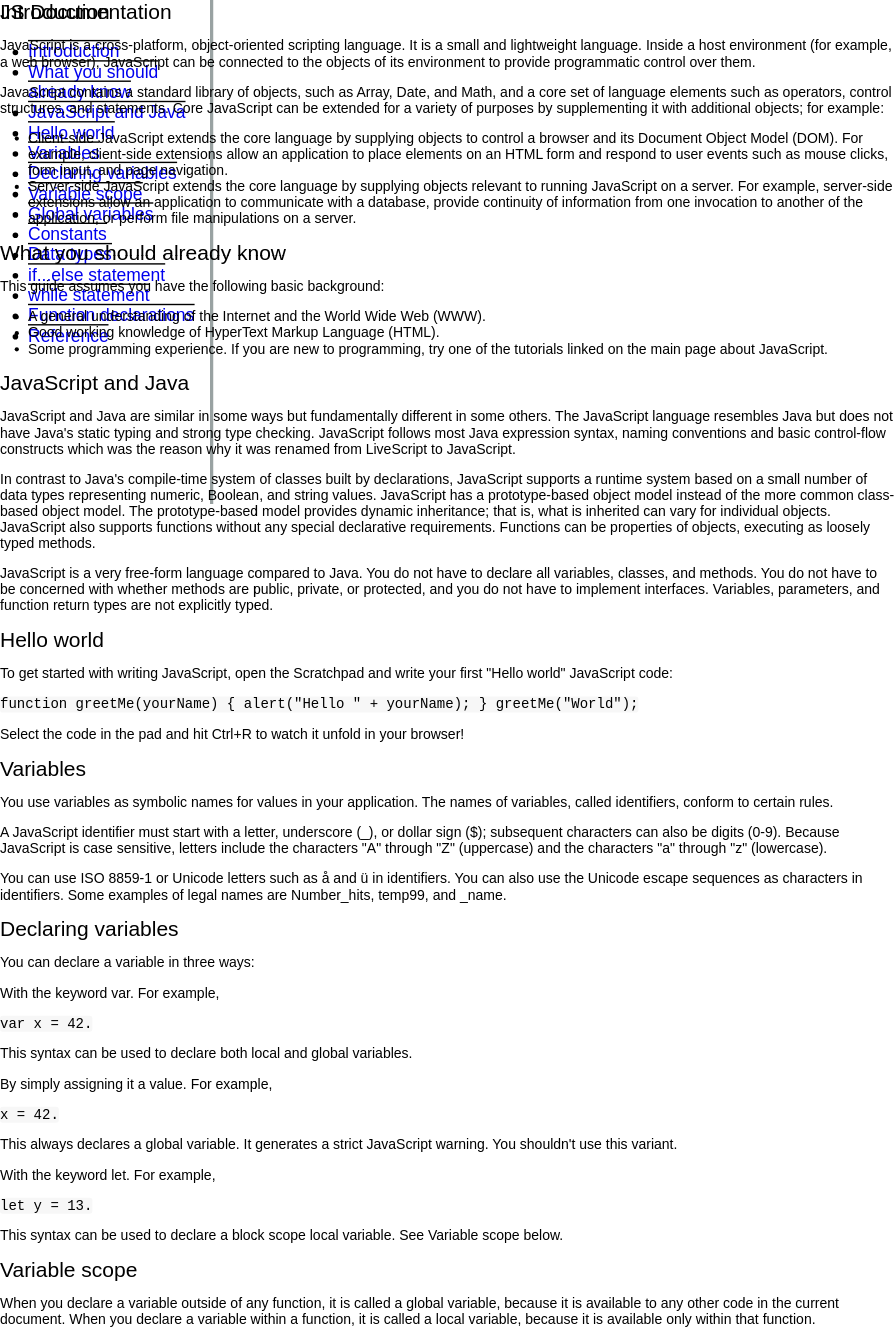
Repository: Lungdjos/technical_document_page_certificate
Page: index.html
An editor plug-in stored every save of this project. The page is shown before and after the next save, followed by the edit.
The browser window is 1280 px wide. The pictures show the part of the page from y = 0 to 1920 px (the page is 5012 px tall), at 70% of full size.

Above is the page before, as saved 2023-11-21 22:29:32.

### index.html
<!DOCTYPE html>
<html lang="en">

<head>
    <meta charset="UTF-8">
    <meta name="viewport" content="width=device-width, initial-scale=1.0">
    <title>Technical Document</title>
    <link rel="stylesheet" href="./styles.css">
</head>

<body>
    <nav id="nav-bar">
        <header>JS Documentation</header>
        <ul>
            <li>
                <a href="#Introduction" class="nav-link">Introduction</a>
            </li>
            <li>
                <a href="#What_you_should_already_know" class="nav-link">What you should already know</a>
            </li>
            <li>
                <a href="#JavaScript_and_Java" class="nav-link">JavaScript and Java</a>
            </li>
            <li>
                <a href="#Hello_world" class="nav-link">Hello world</a>
            </li>
            <li>
                <a href="#Variables" class="nav-link">Variables</a>
            </li>
            <li>
                <a href="#Declaring_variables" class="nav-link">Declaring variables</a>
            </li>
            <li>
                <a href="#Variable_scope" class="nav-link">Variable scope</a>
            </li>
            <li>
                <a href="#Global_variables" class="nav-link">Global variables</a>
            </li>
            <li>
                <a href="#Constants" class="nav-link">Constants</a>
            </li>
            <li>
                <a href="#Data_types" class="nav-link">Data types</a>
            </li>
            <li>
                <a href="#if...else_statement" class="nav-link">if...else statement</a>
            </li>
            <li>
                <a href="#while_statement" class="nav-link">while statement</a>
            </li>
            <li>
                <a href="#Function_declarations" class="nav-link">Function declarations</a>
            </li>
            <li>
                <a href="#Reference" class="nav-link">Reference</a>
            </li>
        </ul>
    </nav>
    <main id="main-doc">
        <section class="main-section" id="Introduction">
            <header id="">Introduction</header>
            <p>JavaScript is a cross-platform, object-oriented scripting language. It is a small and lightweight language. Inside a host environment (for example, a web browser), JavaScript can be connected to the objects of its environment to provide programmatic
                control over them.</p>
            <p>JavaScript contains a standard library of objects, such as Array, Date, and Math, and a core set of language elements such as operators, control structures, and statements. Core JavaScript can be extended for a variety of purposes by supplementing
                it with additional objects; for example:
                <ul>
                    <li>Client-side JavaScript extends the core language by supplying objects to control a browser and its Document Object Model (DOM). For example, client-side extensions allow an application to place elements on an HTML form and respond
                        to user events such as mouse clicks, form input, and page navigation.</li>
                    <li>Server-side JavaScript extends the core language by supplying objects relevant to running JavaScript on a server. For example, server-side extensions allow an application to communicate with a database, provide continuity of information
                        from one invocation to another of the application, or perform file manipulations on a server.</li>
                </ul>
            </p>

        </section>
        <section class="main-section" id="What_you_should_already_know">
            <header id="">What you should already know</header>
            <p>This guide assumes you have the following basic background:
                <ul>
                    <li>A general understanding of the Internet and the World Wide Web (WWW).</li>
                    <li>Good working knowledge of HyperText Markup Language (HTML).</li>
                    <li>Some programming experience. If you are new to programming, try one of the tutorials linked on the main page about JavaScript.</li>
                </ul>
            </p>

        </section>
        <section class="main-section" id="JavaScript_and_Java">
            <header id="">JavaScript and Java</header>
            <p>JavaScript and Java are similar in some ways but fundamentally different in some others. The JavaScript language resembles Java but does not have Java's static typing and strong type checking. JavaScript follows most Java expression syntax,
                naming conventions and basic control-flow constructs which was the reason why it was renamed from LiveScript to JavaScript.</p>
            <p>In contrast to Java's compile-time system of classes built by declarations, JavaScript supports a runtime system based on a small number of data types representing numeric, Boolean, and string values. JavaScript has a prototype-based object
                model instead of the more common class-based object model. The prototype-based model provides dynamic inheritance; that is, what is inherited can vary for individual objects. JavaScript also supports functions without any special declarative
                requirements. Functions can be properties of objects, executing as loosely typed methods.</p>
            <p>JavaScript is a very free-form language compared to Java. You do not have to declare all variables, classes, and methods. You do not have to be concerned with whether methods are public, private, or protected, and you do not have to implement
                interfaces. Variables, parameters, and function return types are not explicitly typed.</p>
        </section>
        <section class="main-section" id="Hello_world">
            <header id="">Hello world</header>
            <p>
                To get started with writing JavaScript, open the Scratchpad and write your first "Hello world" JavaScript code:</p>
            <code>function greetMe(yourName) { alert("Hello " + yourName); }
                greetMe("World");</code>
            <p>Select the code in the pad and hit Ctrl+R to watch it unfold in your browser!</p>
        </section>
        <section class="main-section" id="Variables">
            <header id="">Variables</header>
            <p>You use variables as symbolic names for values in your application. The names of variables, called identifiers, conform to certain rules.</p>
            <p>A JavaScript identifier must start with a letter, underscore (_), or dollar sign ($); subsequent characters can also be digits (0-9). Because JavaScript is case sensitive, letters include the characters "A" through "Z" (uppercase) and the
                characters "a" through "z" (lowercase).</p>
            <p>You can use ISO 8859-1 or Unicode letters such as å and ü in identifiers. You can also use the Unicode escape sequences as characters in identifiers. Some examples of legal names are Number_hits, temp99, and _name.</p>
        </section>
        <section class="main-section" id="Declaring_variables">
            <header id="">Declaring variables</header>
            <p>You can declare a variable in three ways:</p>
            <p>With the keyword var. For example,</p>
            <code>var x = 42.</code>
            <p>This syntax can be used to declare both local and global variables.</p>
            <p>By simply assigning it a value. For example,</p>
            <code>x = 42.</code><br>
            <p>This always declares a global variable. It generates a strict JavaScript warning. You shouldn't use this variant.</p>
            <p>With the keyword let. For example,</p>
            <code>let y = 13.</code>
            <p>This syntax can be used to declare a block scope local variable. See Variable scope below.</p>
        </section>
        <section class="main-section" id="Variable_scope">
            <header id="">Variable scope</header>
            <p>When you declare a variable outside of any function, it is called a global variable, because it is available to any other code in the current document. When you declare a variable within a function, it is called a local variable, because it
                is available only within that function.</p>
            <p>JavaScript before ECMAScript 2015 does not have block statement scope; rather, a variable declared within a block is local to the function (or global scope) that the block resides within. For example the following code will log 5, because
                the scope of x is the function (or global context) within which x is declared, not the block, which in this case is an if statement.</p>
            <code>if (true) { var x = 5; } console.log(x); // 5</code>
            <p>This behavior changes, when using the let declaration introduced in ECMAScript 2015.</p>
            <code>if (true) { let y = 5; } console.log(y); // ReferenceError: y is
                not defined</code>
        </section>
        <section class="main-section" id="Global_variables">
            <header id="">Global variables</header>
            <p>Global variables are in fact properties of the global object. In web pages the global object is window, so you can set and access global variables using the window.variable syntax.</p>
            <p>Consequently, you can access global variables declared in one window or frame from another window or frame by specifying the window or frame name. For example, if a variable called phoneNumber is declared in a document, you can refer to this
                variable from an iframe as parent.phoneNumber.</p>
        </section>
        <section class="main-section" id="Constants">
            <header id="">Constants</header>
            <p>You can create a read-only, named constant with the const keyword. The syntax of a constant identifier is the same as for a variable identifier: it must start with a letter, underscore or dollar sign and can contain alphabetic, numeric, or
                underscore characters.</p>
            <code>const PI = 3.14;</code>
            <p>A constant cannot change value through assignment or be re-declared while the script is running. It has to be initialized to a value.</p>
            <p>The scope rules for constants are the same as those for let block scope variables. If the const keyword is omitted, the identifier is assumed to represent a variable.</p>
            <p>You cannot declare a constant with the same name as a function or variable in the same scope. For example:</p>
            <code>// THIS WILL CAUSE AN ERROR function f() {}; const f = 5; // THIS
                WILL CAUSE AN ERROR ALSO function f() { const g = 5; var g;
                //statements }</code>
            <p>However, object attributes are not protected, so the following statement is executed without problems.</p>
            <code>const MY_OBJECT = {"key": "value"}; MY_OBJECT.key =
                "otherValue";</code>
        </section>
        <section class="main-section" id="Data_types">
            <header id="">Data types</header>
            <p>The latest ECMAScript standard defines seven data types:
                <ul>
                    <li>Six data types that are primitives:
                        <ul>
                            <li>Boolean. true and false.</li>
                            <li>null. A special keyword denoting a null value. Because JavaScript is case-sensitive, null is not the same as Null, NULL, or any other variant.</li>
                            <li>undefined. A top-level property whose value is undefined.</li>
                            <li>Number. 42 or 3.14159.</li>
                            <li>String. "Howdy"</li>
                            <li>Symbol (new in ECMAScript 2015). A data type whose instances are unique and immutable.</li>
                        </ul>
                    </li>
                    <li>and Object</li>
                </ul>
            </p>
            <p>Although these data types are a relatively small amount, they enable you to perform useful functions with your applications. Objects and functions are the other fundamental elements in the language. You can think of objects as named containers
                for values, and functions as procedures that your application can perform.</p>
        </section>
        <section class="main-section" id="if...else_statement">
            <header id="">if...else statement</header>
            <p>Use the if statement to execute a statement if a logical condition is true. Use the optional else clause to execute a statement if the condition is false. An if statement looks as follows:</p>
            <code>if (condition) { statement_1; } else { statement_2; }</code>
            <p>condition can be any expression that evaluates to true or false. See Boolean for an explanation of what evaluates to true and false. If condition evaluates to true, statement_1 is executed; otherwise, statement_2 is executed. statement_1 and
                statement_2 can be any statement, including further nested if statements.</p>
            <p>You may also compound the statements using else if to have multiple conditions tested in sequence, as follows:</p>
            <code>if (condition_1) { statement_1; } else if (condition_2) {
                statement_2; } else if (condition_n) { statement_n; } else {
                statement_last; }</code>
            <p>In the case of multiple conditions only the first logical condition which evaluates to true will be executed. To execute multiple statements, group them within a block statement ({ ... }) . In general, it's good practice to always use block
                statements, especially when nesting if statements:</p>
            <code>if (condition) { statement_1_runs_if_condition_is_true;
                statement_2_runs_if_condition_is_true; } else {
                statement_3_runs_if_condition_is_false;
                statement_4_runs_if_condition_is_false; }</code>
            <p>It is advisable to not use simple assignments in a conditional expression, because the assignment can be confused with equality when glancing over the code. For example, do not use the following code:</p>
            <code>if (x = y) { /* statements here */ }</code>
            <p>If you need to use an assignment in a conditional expression, a common practice is to put additional parentheses around the assignment. For example:</p>
            <code>if ((x = y)) { /* statements here */ }</code>
        </section>
        <section class="main-section" id="while_statement">
            <header id="">while statement</header>
            <p>A while statement executes its statements as long as a specified condition evaluates to true. A while statement looks as follows:</p>
            <code>while (condition) statement</code>
            <p>If the condition becomes false, statement within the loop stops executing and control passes to the statement following the loop.</p>
            <p>The condition test occurs before statement in the loop is executed. If the condition returns true, statement is executed and the condition is tested again. If the condition returns false, execution stops and control is passed to the statement
                following while.</p>
            <p>To execute multiple statements, use a block statement ({ ... }) to group those statements.</p>
            <p>Example: <br> The following while loop iterates as long as n is less than three:</p>
            <code>var n = 0; var x = 0; while (n < 3) { n++; x += n; }</code>
            <p>With each iteration, the loop increments n and adds that value to x. Therefore, x and n take on the following values:
                <ul>
                    <li>After the first pass: n = 1 and x = 1</li>
                    <li>After the second pass: n = 2 and x = 3</li>
                    <li>After the third pass: n = 3 and x = 6</li>
                </ul>
            </p>
            <p>After completing the third pass, the condition n
                < 3 is no longer true, so the loop terminates.</p>
        </section>
        <section class="main-section" id="Function_declarations">
            <header id="">Function declarations</header>
            <p>A function definition (also called a function declaration, or function statement) consists of the function keyword, followed by:
                <ul>
                    <li>The name of the function.</li>
                    <li>A list of arguments to the function, enclosed in the parentheses and separated by commas.</li>
                    <li>The JavaScript statement that defines the function, enclosed in curly brackets, {}.</li>
                </ul>
            </p>
            <p>For example, the following code defines a simple function named square:</p>
            <code>function square(number) { return number * number; }</code>
            <p>The function square takes one argument, called number. The function consists of one statement that says to return the argument of the function (that is, number) multiplied by itself. The return statement specifies the value returned by the
                function.
            </p>
            <code>return number * number;</code>
            <p>Primitive parameters (such as a number) are passed to functions by value; the value is passed to the function, but if the function changes the value of the parameter, this change is not reflected globally or in the calling function.</p>
        </section>
        <section class="main-section" id="Reference">
            <header id="">Reference</header>
            <ul>
                <li>All the documentation in this page is taken from
                    <a href="https://developer.mozilla.org/en-US/docs/Web/JavaScript/Guide" target="_blank">MDN</a>
                </li>
            </ul>
        </section>
    </main>
</body>

</html>

### styles.css
/* A technical document page stylings */

html {
    box-sizing: border-box;
}

header {
    font-size: 30px;
    font-weight: 500;
}

body {
    font-family: Arial, Helvetica, sans-serif;
    font-size: 20px;
    margin: 0;
}


/* nav bar styling */

#nav-bar {
    position: fixed;
    border-right: 5px solid #99a2a2;
    height: 100%;
    width: 300px;
}

#nav-bar ul {
    font-size: 25px;
    font-weight: 400;
}

ul .nav-link {
    border-top: 2px solid #000;
    width: 100%;
    text-decoration: none;
    line-height: 15px;
}


/* body styling */

code {
    background-color: #f7f7f7;
    border-radius: 4px;
    width: 500px;
    height: 30px;
    padding: auto;
}

main {
    position: absolute;
    margin: 0;
}

After the next save:
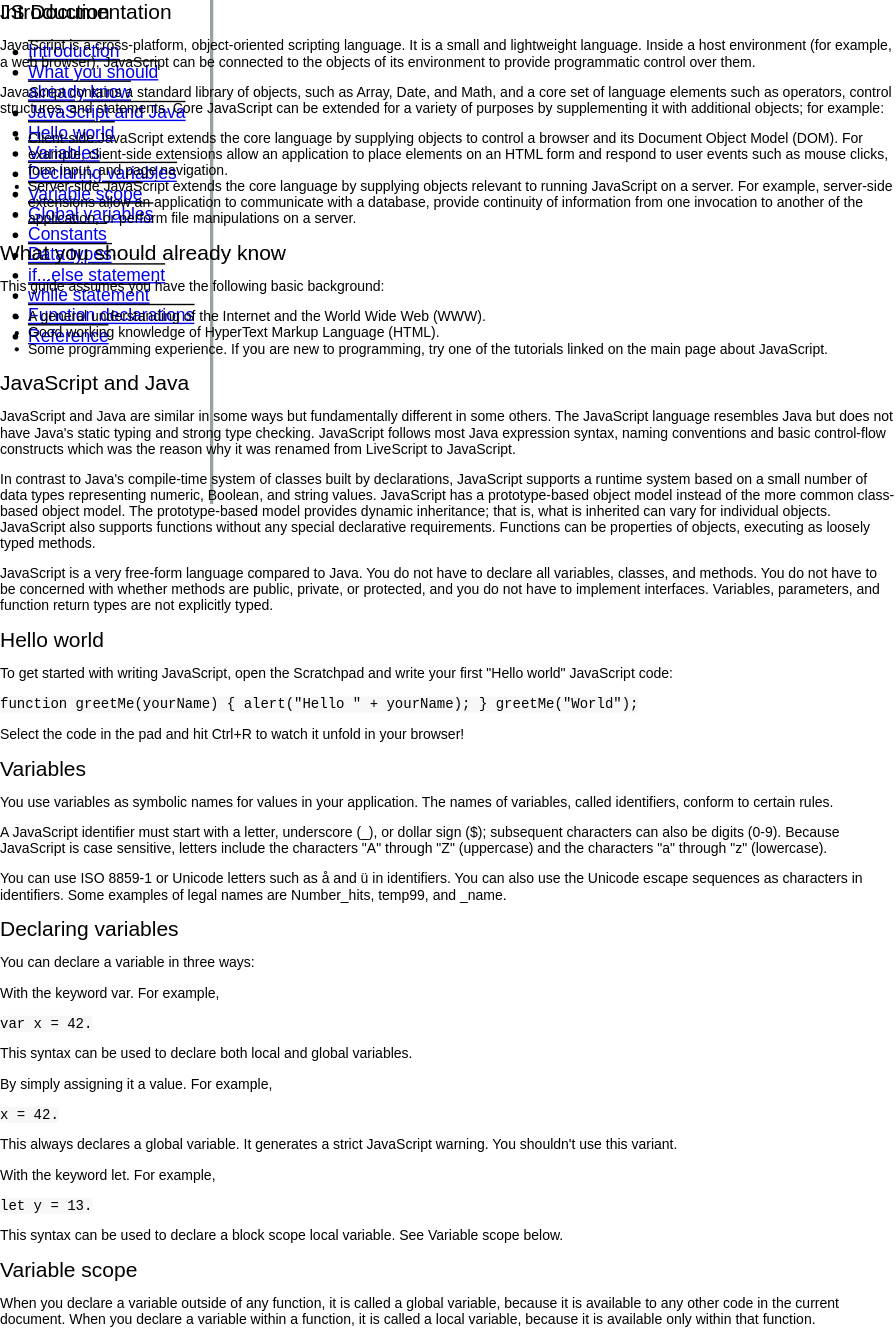
Saved 44 s later.
--- a/styles.css
+++ b/styles.css
@@ -32,8 +32,6 @@ body {
 
 ul .nav-link {
     border-top: 2px solid #000;
-    width: 100%;
-    text-decoration: none;
     line-height: 15px;
 }
 
